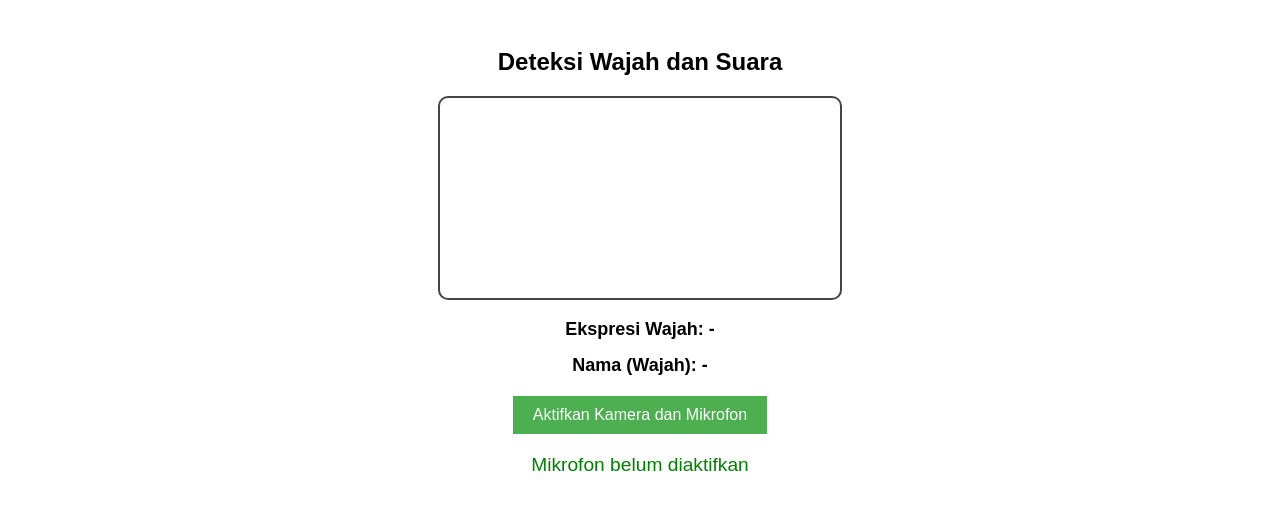
Repository: RalfyBawinto/working-teachable-machine
Page: index.html
These files come from the project's save history. The page is drawn as it stood at one moment and after the next save; the edit follows.
The browser window is 1280 px wide. The pictures show the whole page.

Above is the page before, as saved 2025-04-22 01:21:37.

After the next save:
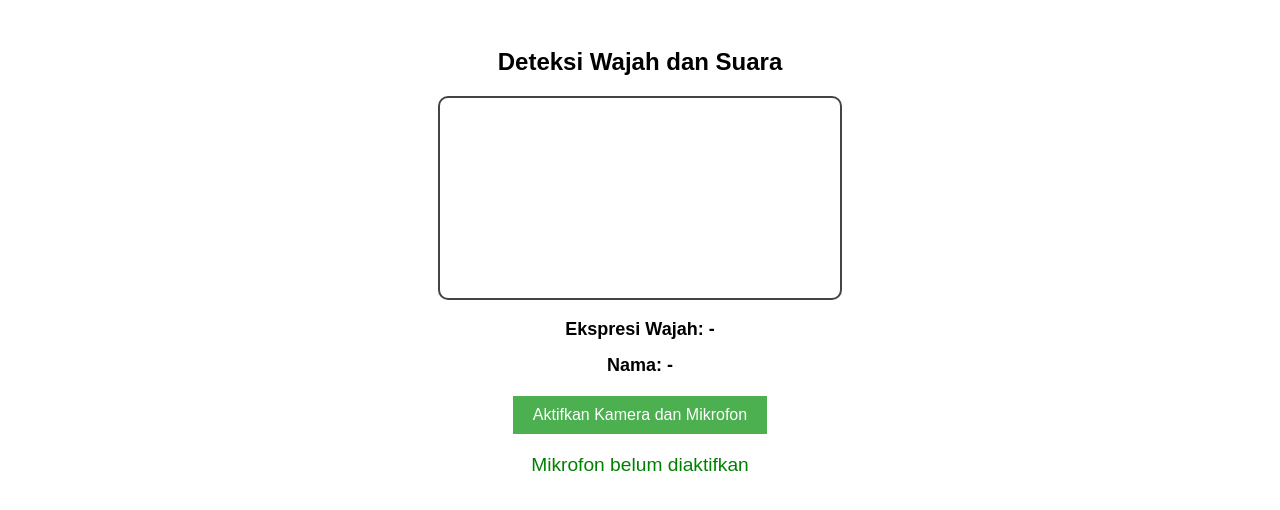
Saved 72 s later.
--- a/index.html
+++ b/index.html
@@ -52,7 +52,7 @@
     <video id="video" autoplay muted playsinline></video>
     <canvas id="canvas" width="400" height="300" style="display: none"></canvas>
     <div class="output" id="face-output">Ekspresi Wajah: -</div>
-    <div class="output" id="name-output">Nama (Wajah): -</div>
+    <div class="output" id="name-output">Nama: -</div>
 
     <!-- Kontrol deteksi suara -->
     <button onclick="aktifkanDeteksi()">Aktifkan Kamera dan Mikrofon</button>
